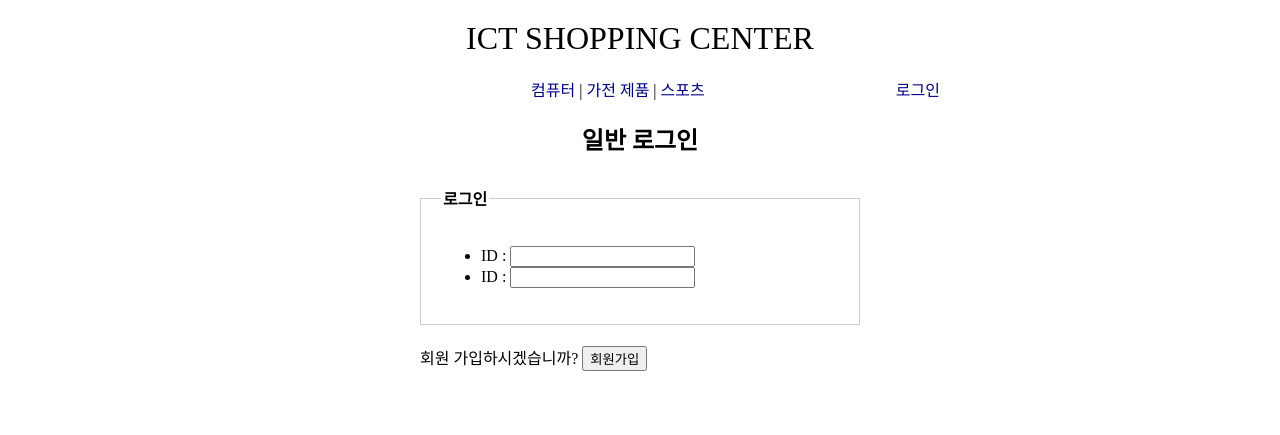
Repository: xlz5000/ICT
Page: http://localhost/spring_mvc02/WEB-INF/views/day09/loginForm.jsp
An editor plug-in stored every save of this project. The page is shown before and after the next save, followed by the edit.
The browser window is 1280 px wide. The pictures show the whole page.
The page is served by Tomcat 9. Nobody is signed in. Other server files are loaded and not shown. The template is opened directly, without the code that normally fills it, so the values that code supplies are empty.

Above is the page before, as saved 2025-04-17 00:50:54.

### spring_mvc02/src/main/webapp/WEB-INF/views/day09/loginForm.jsp
<%@ page language="java" contentType="text/html; charset=UTF-8"
    pageEncoding="UTF-8"%>
<%@taglib prefix="c" uri="http://java.sun.com/jsp/jstl/core" %>
<!DOCTYPE html>
<html>
<head>
<meta charset="UTF-8">
<title>Insert title here</title>
<style type="text/css">

#container{
	width: 500px;
	margin: 0 auto; /*중앙위치*/
	text-align:left; /*내부 폼요소 왼쪽 정렬*/

}


h2{
text-align: center;

}

fieldset{
margin: 20px 0;
padding: 20px;
border: 1px solid #ccc;

}

legend{
font-weight:  bold;

}

</style>
</head>
<body>

<%@ include file="../day08/top.jsp" %>
	<div id="container">
	<h2>일반 로그인</h2>
	<div id="login" style="margin: 30px;">
		<form action="/members_login_ok" method="post">
			<fieldset>
				<legend>로그인</legend>
				<ul>

					<li><label for="m_id">ID : </label>
						<input type="text" id="m_id" name="m_id" required>
					</li>
					<li><label for="m_pw">ID : </label>
						<input type="password" id="m_pw" name="m_pw" required>
					</li>

				</ul>

			</fieldset>

		</form>
		<form action="/members_join" method="post">
			회원 가입하시겠습니까? <input type="submit" value="회원가입">


		</form>

	</div>
</div>
</body>
</html>

### spring_mvc02/src/main/webapp/WEB-INF/views/day08/top.jsp
<%@ page language="java" contentType="text/html; charset=UTF-8"
	pageEncoding="UTF-8"%>
<%@ taglib prefix="c" uri="http://java.sun.com/jsp/jstl/core" %>
<!DOCTYPE html>
<html>
<head>
<meta charset="UTF-8">
<title>Insert title here</title>
<style>
a:link {
	text-decoration: none;
	color: navy
}

a:visited {
	text-decoration: none;
	color: navy
}

a:hover {
	text-decoration: none;
	color: red
}

body {
	text-align: center
}

hr {
	width: 600px;
	border: 1px;
	color: navy;
}

div#header, div#nav {
	width: 600px;
	margin: 20px auto;
	text-align: center;
}

div#wrap {
	margin: 0 auto;
}


div#log{float: right}

.title{
	font-size: 32px;

}
</style>
</head>
<body>
	<div id="wrap">

		<div id="header">
			<span class="title"> ICT SHOPPING CENTER </span>
		</div>

		<div id="nav">
			<a href="/day08?category=com001">컴퓨터</a> |
			<a href="/day08?category=ele002">가전 제품</a> |
			<a href="/day08?category=sp003">스포츠</a>


		<div id="log">
			<c:choose>
				<c:when test="${loginchk == 'ok' }">
				 ~~~님 환영합니다. |


				</c:when>
				<c:otherwise>
					<a href="/members_loginForm">로그인</a>


				</c:otherwise>



			</c:choose>


			</div>
		</div>
	</div>
</body>
</html>

After the next save:
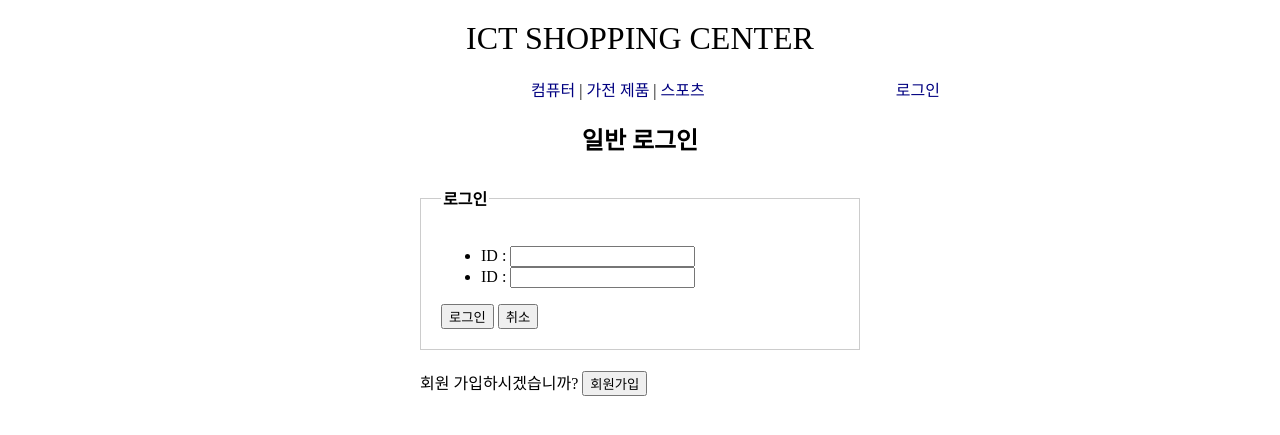
Saved 63 s later.
--- a/spring_mvc02/src/main/webapp/WEB-INF/views/day09/loginForm.jsp
+++ b/spring_mvc02/src/main/webapp/WEB-INF/views/day09/loginForm.jsp
@@ -55,6 +55,13 @@ font-weight:  bold;
 
 				</ul>
 
+				<div id="buttons">
+					<input type="submit" value="로그인">
+					<input type="reset" value="취소">
+
+
+				</div>
+
 			</fieldset>
 
 		</form>
